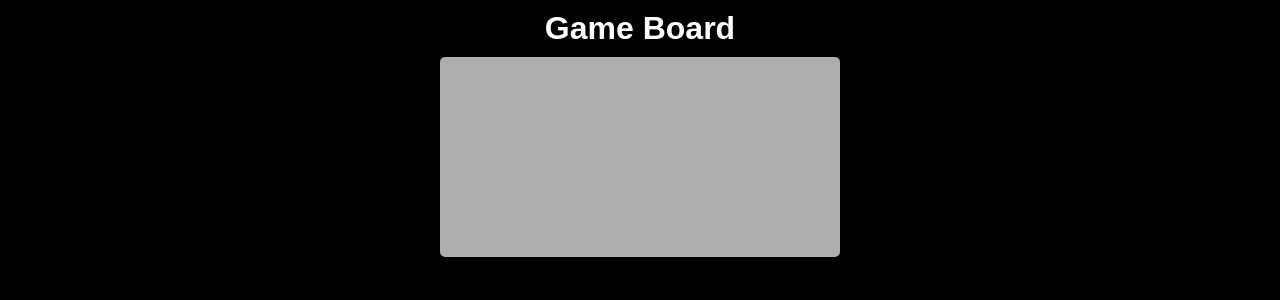
Repository: programmer686/Mastermind-with-Next.js
Page: /, after clicking the first element matching `button.StartScreen_51d34_startscreen__play_button`
These files come from the project's save history. The page is drawn as it stood at one moment and after the next save; the edit follows.
The browser window is 1280 px wide. The pictures show the whole page.
The project was rebuilt for these pictures with package versions that can differ from the ones it lists, and the page was loaded fresh each time. The framework's server and built-in components were replaced by stand-ins that run in the browser. Also part of the build but not shown: next.config.js, src/styles/StartScreen.module.css.

Above is the page before, as saved 2023-07-15 19:20:45.

### src/pages/index.js

import Head from 'next/head'
import Image from 'next/image'
import { Inter } from 'next/font/google'
import styles from '@/styles/Home.module.css'
import StartScreen from '@/comps/StartScreen'
import { useState } from 'react'
import GameBoard from '@/comps/GameBoard'

const inter = Inter({ subsets: ['latin'] })

export default function Home() {
  const [startGame, setStartGame] = useState(true);

  function handleStart() {
    setStartGame(prev => prev ? prev == false : prev == prev);
  }
  return (
    <>
      <Head>
        <title>Create Next App</title>
        <meta name="description" content="Generated by create next app" />
        <meta name="viewport" content="width=device-width, initial-scale=1" />
        <link rel="icon" href="/favicon.ico" />
      </Head>
     <main className={styles.index__body}>
        {startGame ? <StartScreen handleStart={handleStart}/> : <GameBoard/>}
     </main>
    </>
  )
}

### src/styles/Home.module.css


.index__body {
  margin: 0;
  padding: 0;
  box-sizing: border-box;
  width: 100vw;
  height: 100vh;
  background-color: black;
}

### src/comps/StartScreen.js
import styles from '@/styles/StartScreen.module.css'

export default function StartScreen(props) {
    return (
        <main className={styles.startscreen__body}>
            <p className={styles.startscreen__game_name}>Mastermind Game</p>
            <button onClick={props.handleStart} className={styles.startscreen__play_button}>Play Game</button>
        </main>
    )
}

### src/comps/GameBoard.js
import styles from '@/styles/GameBoard.module.css'
import PastPlay from './PastPlay'

export default function GameBoard() {
    return (
        <main>
            <div className={styles.GameBoard__header}>
                <h1 className={styles.GameBoard__name}>Game Board</h1>
            </div>
            <div className={styles.GameBoard__body}>
                <PastPlay/>
            </div>
        </main>
    )
}

### src/styles/GameBoard.module.css
.GameBoard__header {
    width: 100%;
    padding: 10px 0px;
    text-align: center;
}

.GameBoard__body {
    width: 100%;
    display: flex;
    justify-content: center;
    align-items: center;
}

.GameBoard__name {
    font-weight: bolder;
    font-family: Arial, Helvetica, sans-serif;
    color: white;
}

### src/comps/PastPlay.js
import styles from '@/styles/PastPlay.module.css'

export default function PastPlay() {
    return (
        <main className={styles.PastPlay__board}>

        </main>
    )
}

### src/styles/PastPlay.module.css
.PastPlay__board {
    width: 400px;
    border-radius: 5px;

    min-height: 200px;
    background: rgb(173, 173, 173);
}

### src/comps/GamePlay.js
import styles from '@/styles/GamePlay.module.css'

export default function GamePlay() {
    return (
        <main className={styles.GamePlay__board }>

        </main>
    )
}

### src/styles/GamePlay.module.css
.GamePlay__board {
    width: 400px;
    border-radius: 5px;

    min-height: 200px;
    background: rgb(173, 173, 173);
}

Loaded but not shown: src/pages/_app.js (common file); src/pages/_document.js (common file); src/styles/globals.css (common file)

After the next save:
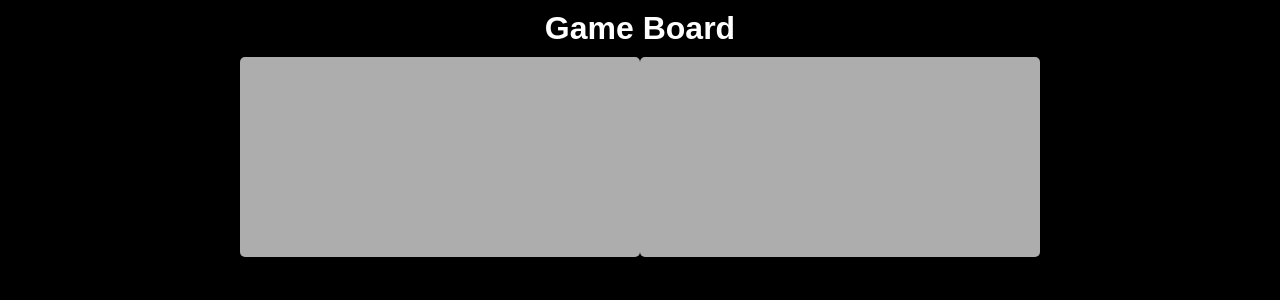
Saved 38 s later.
--- a/src/comps/GameBoard.js
+++ b/src/comps/GameBoard.js
@@ -1,5 +1,6 @@
 import styles from '@/styles/GameBoard.module.css'
 import PastPlay from './PastPlay'
+import GamePlay from './GamePlay'
 
 export default function GameBoard() {
     return (
@@ -9,6 +10,7 @@ export default function GameBoard() {
             </div>
             <div className={styles.GameBoard__body}>
                 <PastPlay/>
+                <GamePlay/>
             </div>
         </main>
     )
